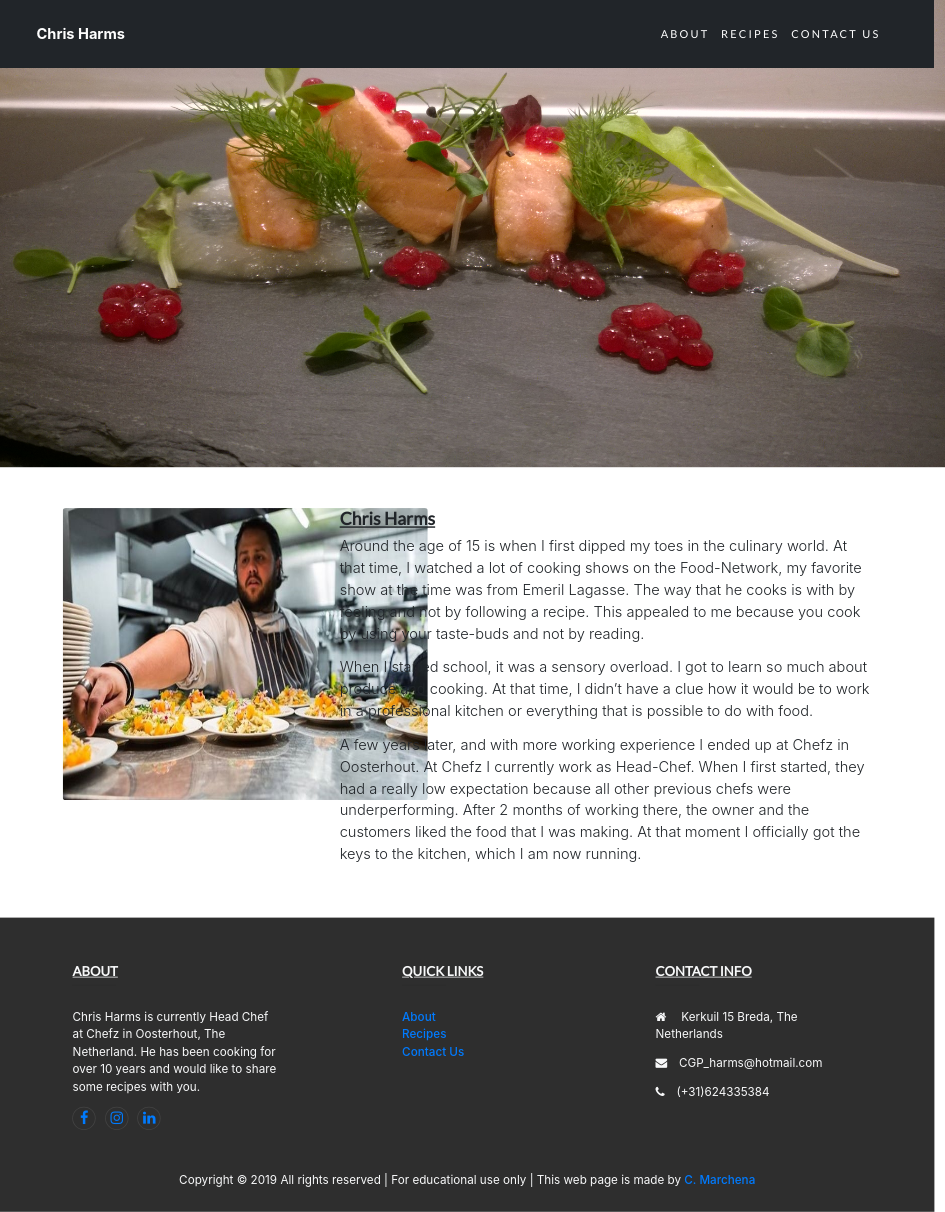
Repository: dugudugu/chris-harms-web
Page: about.html
The author's editor kept a record of every edit. The page is drawn from the files as they stood at one moment, then again after the next edit.
The browser window is 1280 px wide. The page is 1295 px wide, so the pictures cover 1295 px, including what lies to the right of the window. The pictures show the whole page, at 73% of full size.
Some web fonts or font styles are not loaded; a fallback is used.

Above is the page before.

### about.html
<!DOCTYPE html>
<html lang="en">

<head>
  <meta charset="UTF-8">
  <meta name="viewport" content="width=device-width, initial-scale=1.0">
  <meta http-equiv="X-UA-Compatible" content="ie=edge">
  <link href="https://stackpath.bootstrapcdn.com/bootstrap/4.3.1/css/bootstrap.min.css" rel="stylesheet" integrity="sha384-ggOyR0iXCbMQv3Xipma34MD+dH/1fQ784/j6cY/iJTQUOhcWr7x9JvoRxT2MZw1T" crossorigin="anonymous">
  <link href="https://stackpath.bootstrapcdn.com/font-awesome/4.7.0/css/font-awesome.min.css" rel="stylesheet" integrity="sha384-wvfXpqpZZVQGK6TAh5PVlGOfQNHSoD2xbE+QkPxCAFlNEevoEH3Sl0sibVcOQVnN" crossorigin="anonymous">
  <link rel="stylesheet" href="css/about.css">
  <title> Chris Harms | Recipes</title>
</head>


<body>

  <header>

    <!-- Navbar -->
    <!-- Original code from: https://mdbootstrap.com/docs/jquery/navigation/navbar/ -->

    <nav class="navbar fixed-top navbar-expand-lg navbar-dark">
      <a class="navbar-brand" href="index.html"><strong>Chris Harms</strong></a>

      <button class="navbar-toggler" type="button" data-toggle="collapse" data-target="#navbarSupportedContent" aria-controls="navbarSupportedContent" aria-expanded="false" aria-label="Toggle navigation">
            <span class="navbar-toggler-icon"></span>
        </button>

      <div class="collapse navbar-collapse" id="navbarSupportedContent">
        <ul class="navbar-nav ml-auto pl-lg-5 pl-0">
          <li class="nav-item active">
            <a class="nav-link" href="about.html">About</a>
          </li>
          <li class="nav-item">
            <a class="nav-link" href="recipe.html">Recipes</a>
          </li>
          <li class="nav-item">
            <a class="nav-link active" href="contact.html">Contact Us</a>
          </li>
        </ul>
      </div>
    </nav>

    <!-- Image for the Header -->

    <div class="container-fluid p-0 m-0">
      <div class="row">
        <div class="col-12">
          <img class="d-block w-100" src="media/image/slider2.jpg">
        </div>
      </div>
    </div>


  </header>

  <main class="container-fluid">

    <div class="row about p-5 m-2 " id="About ">
      <div class="about-image col-md-4  order-md-1 ">
        <img width="500 " height="400 " class="rounded" src="media/image/about2.jpg" ">
      </div>
      <div class="about col-md-8 order-md-2 ">
        <h4 class="about-heading ">Chris Harms</h4>
        <p class="lead ">
         Around the age of 15 is when I first dipped my toes in the culinary world. At that time, I watched a lot of cooking shows on the Food-Network, my favorite show at the time was from Emeril Lagasse.
         The way that he cooks is with by feeling and not by following a recipe.
         This appealed to me because you cook by using your taste-buds and not by reading.
         </p>
         <p class="lead ">
         When I started school, it was a sensory overload. I got to learn so much about produce and cooking.
         At that time, I didn’t have a clue how it would be to work in a professional kitchen or everything that is possible to do with food.
         </p>
         <p class="lead ">
          A few years later, and with more working experience I ended up at Chefz in Oosterhout. At Chefz I currently work as Head-Chef. When I first started, they had a really low expectation because all other previous chefs were underperforming.
          After 2 months of working there, the owner and the customers liked the food that I was making. At that moment I officially got the keys to the kitchen, which I am now running.
         </p>
      </div>
    </div>



  </main>





  <!-- Optional JavaScript -->
  <!-- jQuery first, then Popper.js, then Bootstrap JS -->
  <script src="https://code.jquery.com/jquery-3.3.1.slim.min.js " integrity="sha384-q8i/X+965DzO0rT7abK41JStQIAqVgRVzpbzo5smXKp4YfRvH+8abtTE1Pi6jizo " crossorigin="anonymous "></script>
  <script src="https://cdnjs.cloudflare.com/ajax/libs/popper.js/1.14.7/umd/popper.min.js " integrity="sha384-UO2eT0CpHqdSJQ6hJty5KVphtPhzWj9WO1clHTMGa3JDZwrnQq4sF86dIHNDz0W1 " crossorigin="anonymous "></script>
  <script src="https://stackpath.bootstrapcdn.com/bootstrap/4.3.1/js/bootstrap.min.js " integrity="sha384-JjSmVgyd0p3pXB1rRibZUAYoIIy6OrQ6VrjIEaFf/nJGzIxFDsf4x0xIM+B07jRM " crossorigin="anonymous "></script>

</body>


<!-- Footer -->

<footer class="page-footer font-small unique-color-dark ">
  <div class="container-fluid text-center text-md-left mt-5 ">
    <div class="row mt-3 ">

      <!--            About and Social Media links          -->

      <!--            About           -->
      <div class="col-md-3 col-lg-4 col-xl-3 mx-auto mb-4 ">
        <h6 class="text-uppercase font-weight-bold ">About</h6>
        <hr class="blue-accent mb-4 mt-0 d-inline-block mx-auto " style="width: 60px; ">
        <p>Chris Harms is currently Head Chef at Chefz in Oosterhout, The Netherland. He has been cooking for over 10 years and would like to share some recipes with you.</p>

        <!--            Social Media links          -->
        <ul class="list-inline social-links ">
          <li class="list-inline-item ">
            <a href="https://www.facebook.com/Fritos-catering-204930356197964/ " target="_blank ">
                        <i class="fa fa-facebook "></i>
                        <span class="sr-only ">Facebook</span>
                    </a>
          </li>
          <li class="list-inline-item ">
            <a href="https://www.instagram.com/whiskeycave/ " target="_blank ">
                        <i class="fa fa-instagram "></i>
                        <span class="sr-only ">Instagram</span>
                    </a>
          </li>
          <li class="list-inline-item ">
            <a href="https://www.linkedin.com/in/chris-harms-b99322104/ " target="_blank ">
                        <i class="fa fa-linkedin "></i>
                        <span class="sr-only ">LinkedIn</span>
                    </a>
          </li>
        </ul>
      </div>

      <!--            Quick Links          -->
      <div class="col-md-3 col-lg-2 col-xl-2 mx-auto mb-4 ">
        <h6 class="text-uppercase font-weight-bold ">Quick Links</h6>
        <hr class="blue-accent accent-2 mb-4 mt-0 d-inline-block mx-auto " style="width: 60px; ">
        <ul class="quick-links list-unstyled ">
          <li>
            <a href="about.html ">About</a>
          </li>
          <li>
            <a href="recipe.html ">Recipes</a>
          </li>
          <li>
            <a href="contact.html ">Contact Us</a>
          </li>
        </ul>
      </div>


      <!--            Contact Info          -->
      <div class="col-md-4 col-lg-3 col-xl-3 mx-auto mb-md-0 mb-4 ">
        <h6 class="text-uppercase font-weight-bold ">Contact Info</h6>
        <hr class="blue-accent accent-2 mb-4 mt-0 d-inline-block mx-auto " style="width: 60px; ">
        <p>
          <i class="fa fa-home mr-3 "></i> Kerkuil 15 Breda, The Netherlands</p>
        <p>
          <i class="fa fa-envelope mr-3 "></i>CGP_harms@hotmail.com</p>
        <p>
          <i class="fa fa-phone mr-3 "></i>(+31)624335384</p>
      </div>
    </div>
  </div>


  <!--            Copy-Rights          -->
  <div class="footer-copyright text-center py-3 ">
    <p>Copyright &copy; 2019 All rights reserved | For educational use only | This web page is made by
      <a target=_blank href="https://www.linkedin.com/in/cindymarchena/ ">C. Marchena</a>
    </p>
  </div>


</footer>




</html>

### css/about.css
@import url('https://fonts.googleapis.com/css?family=Grand+Hotel|Lato:|Nunito+Sans:100,200,300,400,500,600,700');

html {
    font-family: 'Nunito Sans', sans-serif;
    font-size: 1rem;

}


/* ----------------------------------------------------    Special ------------*/

.text-uppercase {
    text-transform: uppercase!important;
    font-family: 'Lato', sans-serif;
    text-decoration: underline;
}



h4 {
    font-family: 'Lato', sans-serif;
    text-decoration: underline;
    font-weight: bold;

}

/* ----------------------------------------------------    Navbar ------------*/

.navbar {
    background-color: #212529;
    padding-left: 50px;
}

.navbar-collapse {
    padding-right: 50px;
    -ms-flex-preferred-size: 100%;
    flex-basis: 100%;
    -ms-flex-positive: 1;
    -ms-flex-align: center;
    align-items: center;
}


.navbar .nav-link {
    font-family: 'Lato', sans-serif;
    padding: 1.7rem 1rem;
    outline: none !important;
    font-size: 15px;
    text-transform: uppercase;
    letter-spacing: .2em;
    color: white !important;

}

.w-100 {
    width: 100%!important;
    height: 40em;
}

.col-12 {
    -ms-flex: 0 0 100%;
    flex: 0 0 100%;
    max-width: 100%;
    padding: initial;
}

/* ----------------------------------------------------    Main ------------*/







/* ----------------------------------------------------    Footer ------------*/

.page-footer {
    width: 100%;
    padding-right: 15px;
    padding-left: 15px;
    padding-top: 15px;
    margin-right: auto;
    margin-left: auto;
    color: #f8f9fa !important;
    background-color: #2e2e2e !important;
}

.font-weight-bold {
    font-weight: 700!important;
    font-size: 18px;
}

.social-links li a i {
    width: 32px;
    height: 32px;
    padding: 12px 0;
    border-radius: 50%;
    font-size: 20px;
    line-height: 7px;
    text-align: center;
    color: #007bff;
    background-color: #2E2E2E;
    border: 1px solid rgba(255, 255, 255, 0.1);
    transition: all .35s ease-in-out;
    -moz-transition: all .35s ease-in-out;
    -webkit-transition: all .35s ease-in-out;
    -o-transition: all .35s ease-in-out;
}

.social-links li a i:hover {
    background-color: #fafafa;
    color: #000000;
}

.quick-links li a {
    font-weight: 500;
    color: #007bff;
    padding-bottom: 20px;
    transition: all .35s ease-in-out;
    -moz-transition: all .35s ease-in-out;
    -webkit-transition: all .35s ease-in-out;
    -o-transition: all .35s ease-in-out;
}

.quick-links li a:hover {
    color: #fafafa;
}

.footer-copyright p a {
    font-weight: 500;
    color: #007bff;
    padding-bottom: 20px;
    transition: all .35s ease-in-out;
    -moz-transition: all .35s ease-in-out;
    -webkit-transition: all .35s ease-in-out;
    -o-transition: all .35s ease-in-out;
}

.footer-copyright p a:hover {
    color: #fafafa;
}


/* ----------------------------------------------------    Media Q ------------*/

@media only screen and (max-width: 767px) {
    .w-100 {
        width: 100%!important;
        height: 25em;
    }
}



@media (min-width: 768px) and (max-width: 1024px) {
    h4 {
        text-align: center;
    }

    .lead {
        text-align: center;
    }

    .col-md-8 {
        flex: none!important;
        max-width: fit-content;
    }





}

After the next edit:
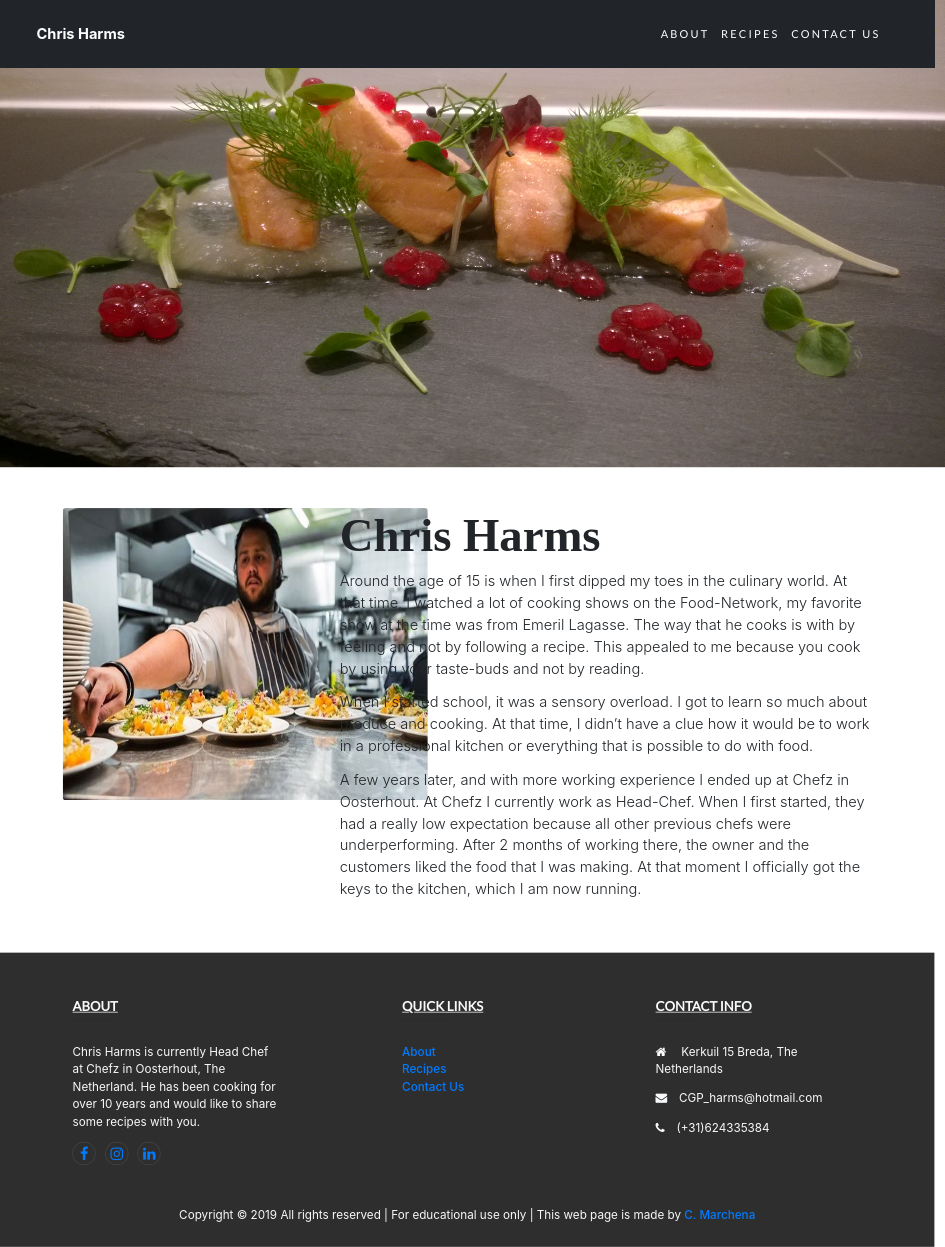
The edit:
--- a/css/about.css
+++ b/css/about.css
@@ -18,9 +18,9 @@
 
 
 h4 {
-    font-family: 'Lato', sans-serif;
-    text-decoration: underline;
+    font-family: 'Grand Hotel', cursive;
     font-weight: bold;
+    font-size: 4rem;
 
 }
 
